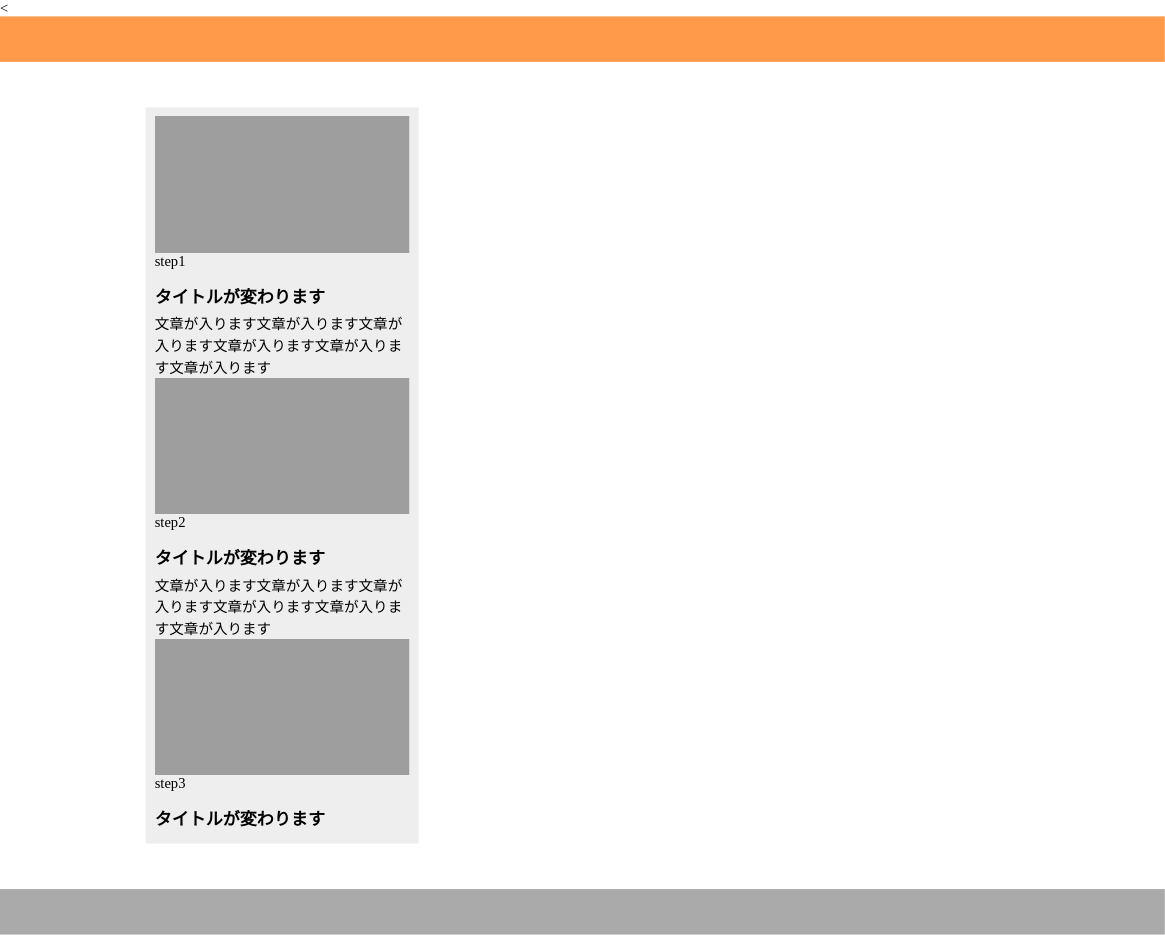
Repository: Y-takumi0/DMMwebcamp
Page: exercise/chapter9.html
The author's editor kept a record of every edit. The page is drawn from the files as they stood at one moment, then again after the next edit.
The browser window is 1280 px wide. The pictures show the whole page, at 91% of full size.
Pictures or frames that could not be fetched are drawn as grey boxes.

Above is the page before.

### exercise/chapter9.html
<!DOCTYPE html>
<html>
  <head>
    <<meta charset="UTF-8" />
    <link rel="stylesheet" href="chapter9.css" />
    <title>chapter9</title>
  </head>

  <body>
    <header></header>
    <main>
        <div class="box">
          <div class="box-img1"></div>
          <span class="box-step1">step1</span>
          <h3 class="title">タイトルが変わります</h3>
          <p>文章が入ります文章が入ります文章が入ります文章が入ります文章が入ります文章が入ります</p>
          <div class="box-img2"></div>
          <span class="box-step2">step2</span>
          <h3 class="title">タイトルが変わります</h3>
          <p>文章が入ります文章が入ります文章が入ります文章が入ります文章が入ります文章が入ります</p>
          <div class="box-img3"></div>
          <span class="box-step3">step3</span>
          <h3 class="title">タイトルが変わります</h3>
        </div>
    </main>
    <footer></footer>
  </body>

</html>

### exercise/chapter9.css
* {
  margin: 0;
  padding: 0;
  box-sizing: border-box;
}

header {
  background-color: #ff9a4b;
  height: 50px
}

main {
  width: 960px;
  margin: 50px auto;
  display: flex;
}

.box {
  width: 300px;
  margin-right: 30px;
  padding: 10px;
  background-color: #eee;
  position: relative;
}

.box-step {
  position: absolute;
  top: 0;
  left: 0;
  background-color: #ff9a4b;
}

.box-img1 {
  height: 150px;
  background-image: url(img/flow1.png);
  background-size: cover;
  background-position: bottom;
}

.box-img2 {
  height: 150px;
  background-image: url(img/flow2.png);
  background-size: cover;
  background-position: bottom;
}

.box-img3 {
  height: 150px;
  background-image: url(img/img/flow3.png);
  background-size: cover;
  background-position: bottom;
}

.title {
  margin: 15px 0 5px;
}

footer {
  background-color: #aaa;
  height: 50px;
}

After the next edit:
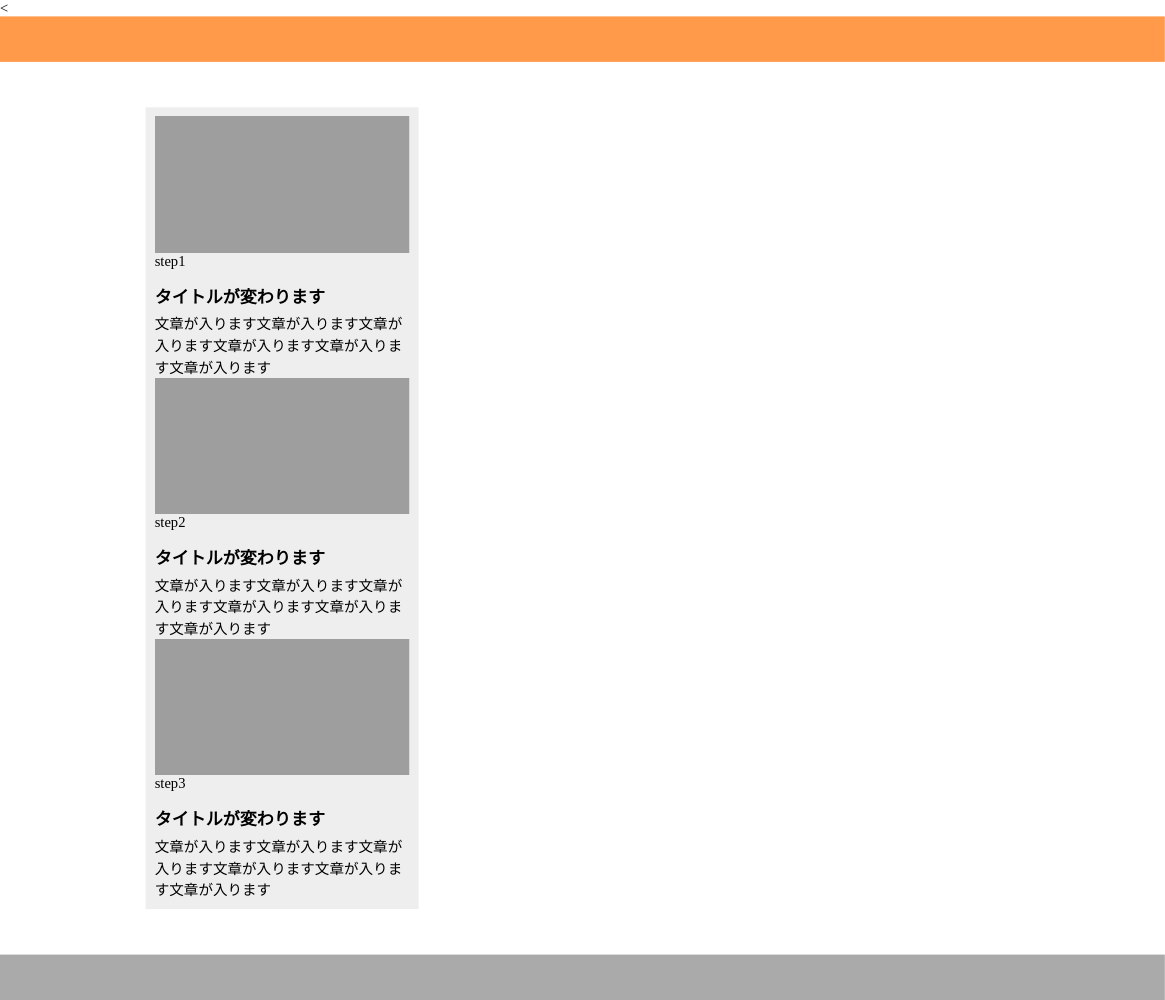
The edit:
--- a/exercise/chapter9.html
+++ b/exercise/chapter9.html
@@ -21,6 +21,7 @@
           <div class="box-img3"></div>
           <span class="box-step3">step3</span>
           <h3 class="title">タイトルが変わります</h3>
+          <p>文章が入ります文章が入ります文章が入ります文章が入ります文章が入ります文章が入ります</p>
         </div>
     </main>
     <footer></footer>
